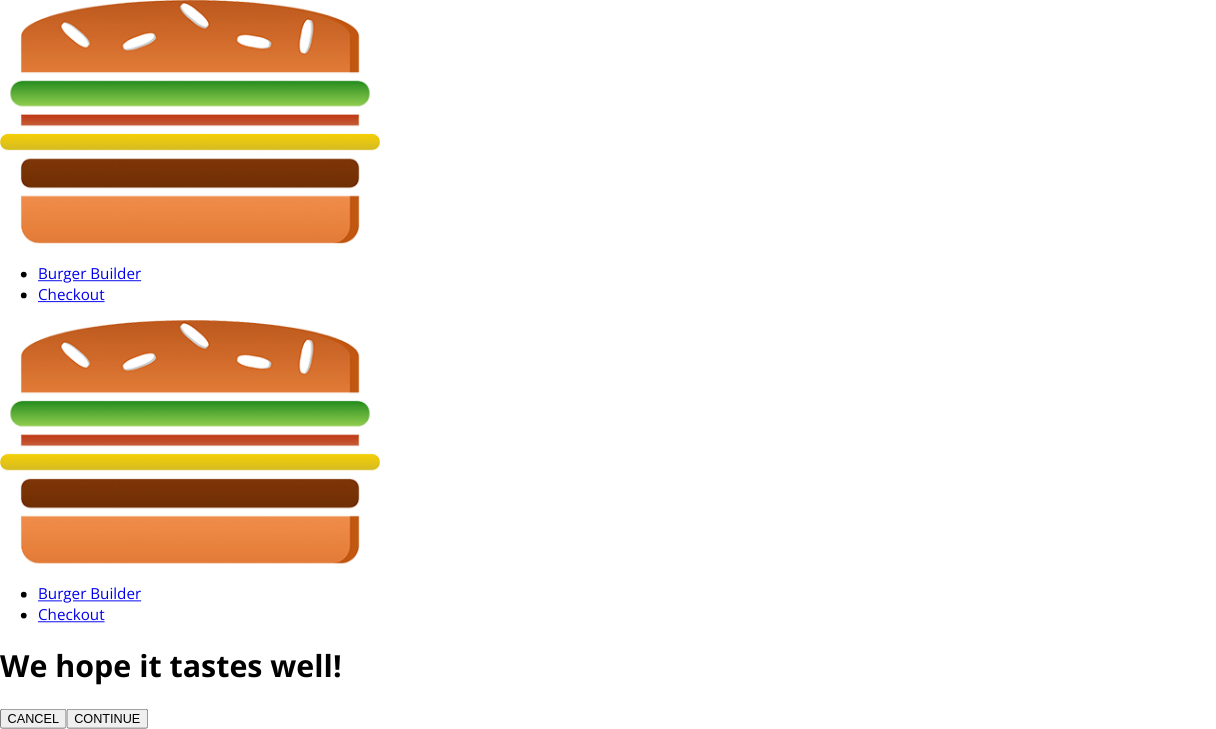
Repository: dunbom6612/burger-builder-app
Page: /checkout/contact-data
These files come from the project's save history. The page is drawn as it stood at one moment and after the next save; the edit follows.
The browser window is 1280 px wide. The pictures show the whole page, at 95% of full size.
The project was rebuilt for these pictures with package versions that can differ from the ones it lists, and the page was loaded fresh each time. Also part of the build but not shown: src/components/Layout/Layout.css, src/components/Navigation/Toolbar/Toolbar.css, src/components/Logo/Logo.css, src/components/Navigation/NavigationItems/NavigationItems.css, src/components/Navigation/NavigationItems/NavigationItem/NavigationItem.css, src/components/Navigation/SideDrawer/DrawerToogle/DrawerToogle.css, src/components/Navigation/SideDrawer/SideDrawer.css, src/components/UI/Backdrop/Backdrop.css and 15 more.

Above is the page before, as saved 2020-08-16 21:11:07.

After the next save:
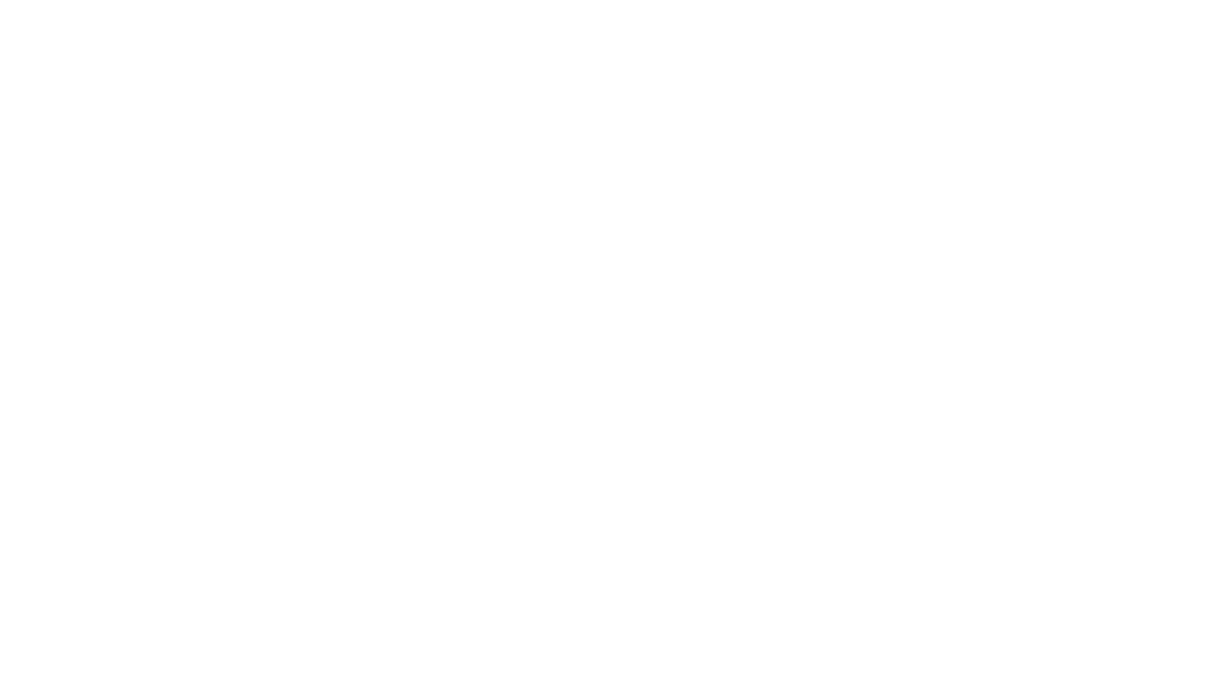
Console error: TypeError: Cannot read properties of null (reading 'ingredients')
Saved 3 min 0 s later.
--- a/src/containers/Checkout/Checkout.js
+++ b/src/containers/Checkout/Checkout.js
@@ -1,32 +1,41 @@
-import React, {Component} from 'react';
-import CheckoutSummary from '../../components/Order/CheckoutSummary/CheckoutSummary';
+import React, { Component } from "react";
+import CheckoutSummary from "../../components/Order/CheckoutSummary/CheckoutSummary";
+import ContactData from "./ContactData/ContactData";
+import { Route } from "react-router-dom";
+import { connect} from 'react-redux';
 
 class Checkout extends Component {
-    state = {
-        ingredients: {
-            salad: 1,
-            meat: 1,
-            cheese: 1,
-            bacon: 1
-        }
-    }
 
-    cancelClickHandler = () => {
-        this.props.history.goBack();
-    }
-    continueClickHandler =() => {
-        this.props.history.push('/checkout/contact-data');
-    }
 
-    render(){
-        return (
-            <div>
-                <CheckoutSummary ingredients={this.state.ingredients} cancelClick={this.cancelClickHandler}
-                continueClick={this.continueClickHandler}/>
-            </div>
-        )
-    }
+  cancelClickHandler = () => {
+    this.props.history.goBack();
+  };
+  continueClickHandler = () => {
+    this.props.history.push("/checkout/contact-data");
+  };
 
+  render() {
+    return (
+      <div>
+        <CheckoutSummary
+          ingredients={this.state.ingredients}
+          cancelClick={this.cancelClickHandler}
+          continueClick={this.continueClickHandler}
+        />
+        <Route
+          path={this.props.match.path + "/contact-data"}
+          render={(props) => (
+            <ContactData
+              ingredients={this.state.ingredients}
+              price={this.state.price}
+              {...props}
+
+            />
+          )}
+        />
+      </div>
+    );
+  }
 }
 
 export default Checkout;

After the 5 saves that followed:
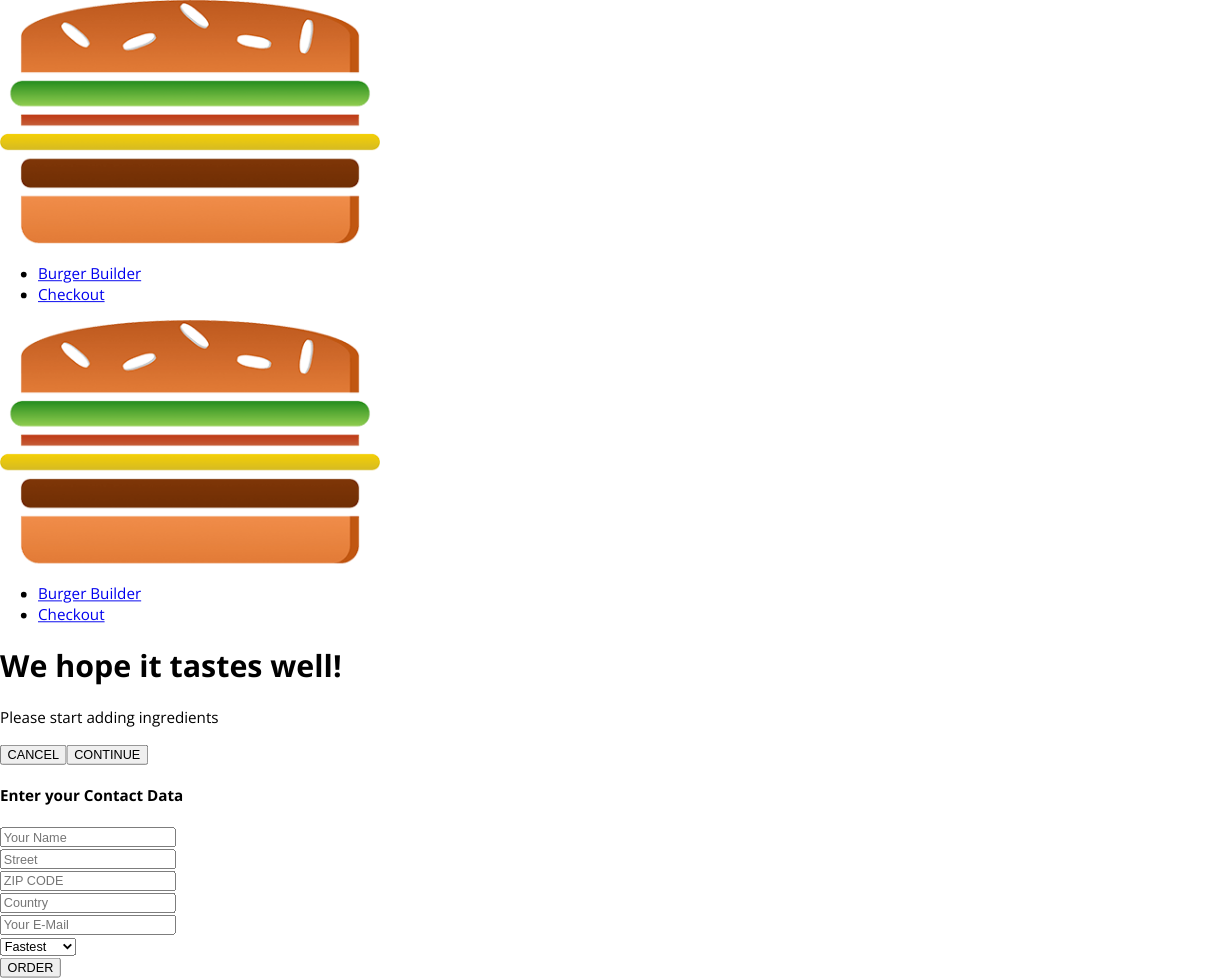
The error is gone.
The 5 saves are shown as one change because 1 did not build or start and 3 left the picture as it was.
The last was saved 6 min 21 s later.
--- a/src/containers/Checkout/Checkout.js
+++ b/src/containers/Checkout/Checkout.js
@@ -18,24 +18,24 @@
     return (
       <div>
         <CheckoutSummary
-          ingredients={this.state.ingredients}
+          ingredients={this.props.ings}
           cancelClick={this.cancelClickHandler}
           continueClick={this.continueClickHandler}
         />
         <Route
           path={this.props.match.path + "/contact-data"}
-          render={(props) => (
-            <ContactData
-              ingredients={this.state.ingredients}
-              price={this.state.price}
-              {...props}
-
-            />
-          )}
+          component={ContactData}
         />
       </div>
     );
   }
 }
 
-export default Checkout;
+const mapStateToProps = (state) => {
+  return {
+    ings: state.ingredients
+  };
+};
+
+
+export default connect(mapStateToProps)(Checkout);
